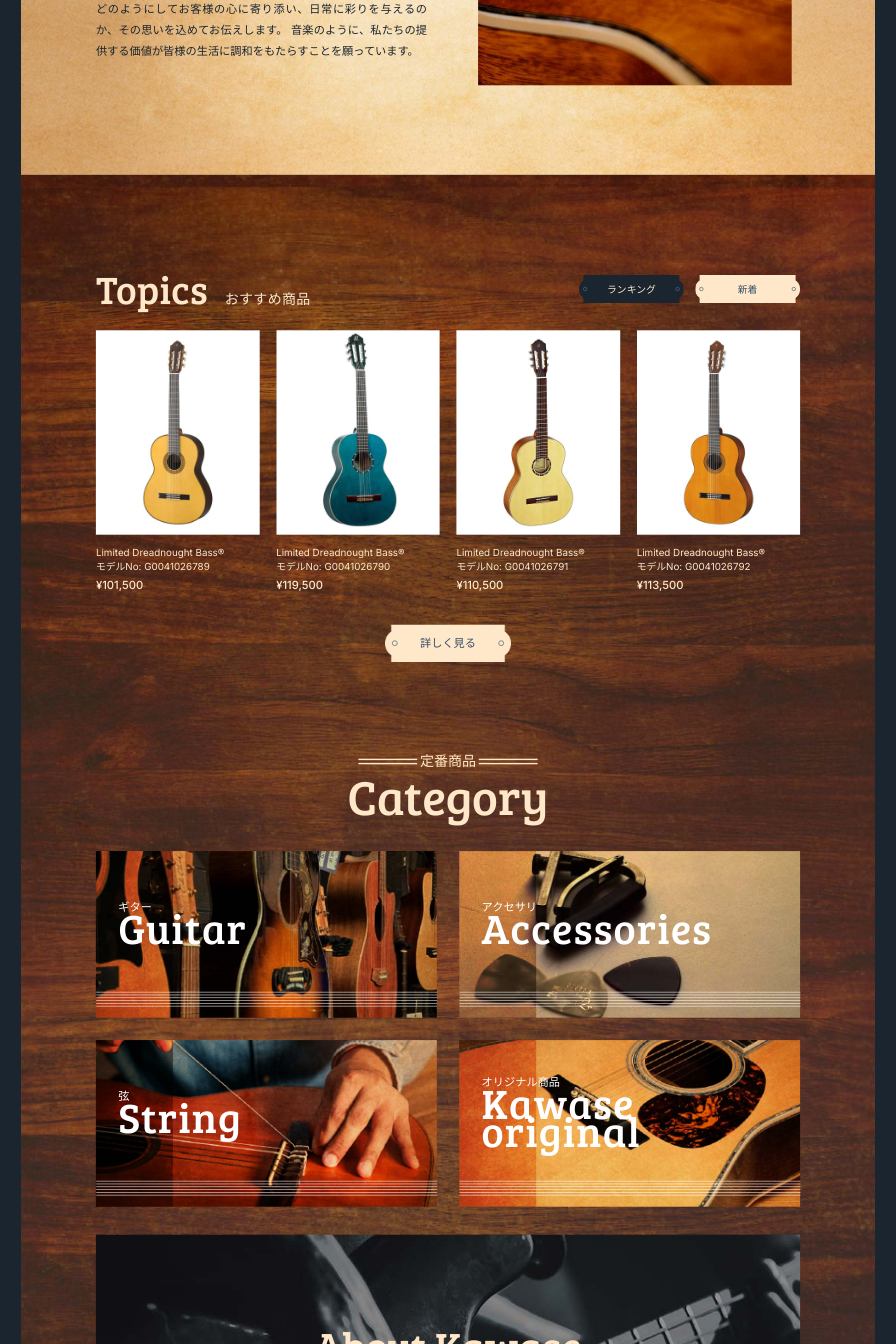
Repository: hyms035k/-----
Page: index.html
An editor plug-in stored every save of this project. The page is shown before and after the next save, followed by the edit.
The browser window is 1280 px wide. The pictures show the part of the page from y = 1087 to 3007 px (the page is 4630 px tall before and 4606 px after), at 70% of full size.
Some web fonts or font styles are not loaded; a fallback is used. Some web libraries are served in a nearby version. The style sheet was rebuilt from its Sass, Less or Tailwind sources for each picture, by a compiler version that may differ from the author's.

Above is the page before, as saved 2025-06-05 18:56:45.

After the next save:
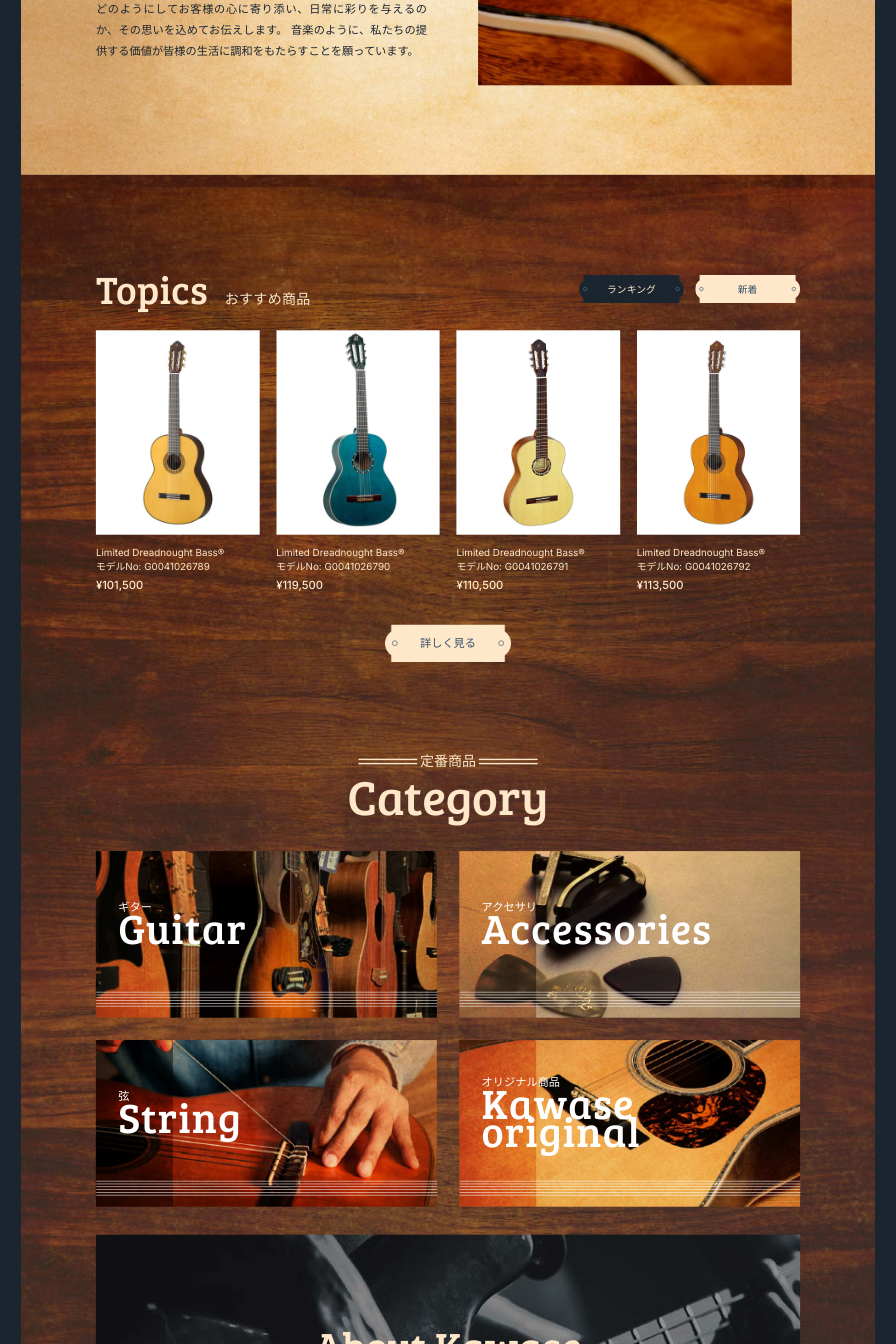
Saved 37 s later.
--- a/index.html
+++ b/index.html
@@ -357,7 +357,7 @@
                         </div>
                         <!-- ニュースアイテム -->
                         <ul>
-                            <li class="border-b border-[#ffe8c9] py-8">
+                            <li class="border-b border-[#ffe8c9] pt-8 pb-2">
                                 <div class="flex items-center gap-2 xl:gap-4">
                                     <div class="font-roboto text-sm whitespace-nowrap">2025.06.01</div>
                                     <a href="" class="inline-block text-sm text-[#1a2530] bg-[#ffe8c9] leading-none py-2 px-4">お知らせ</a>
